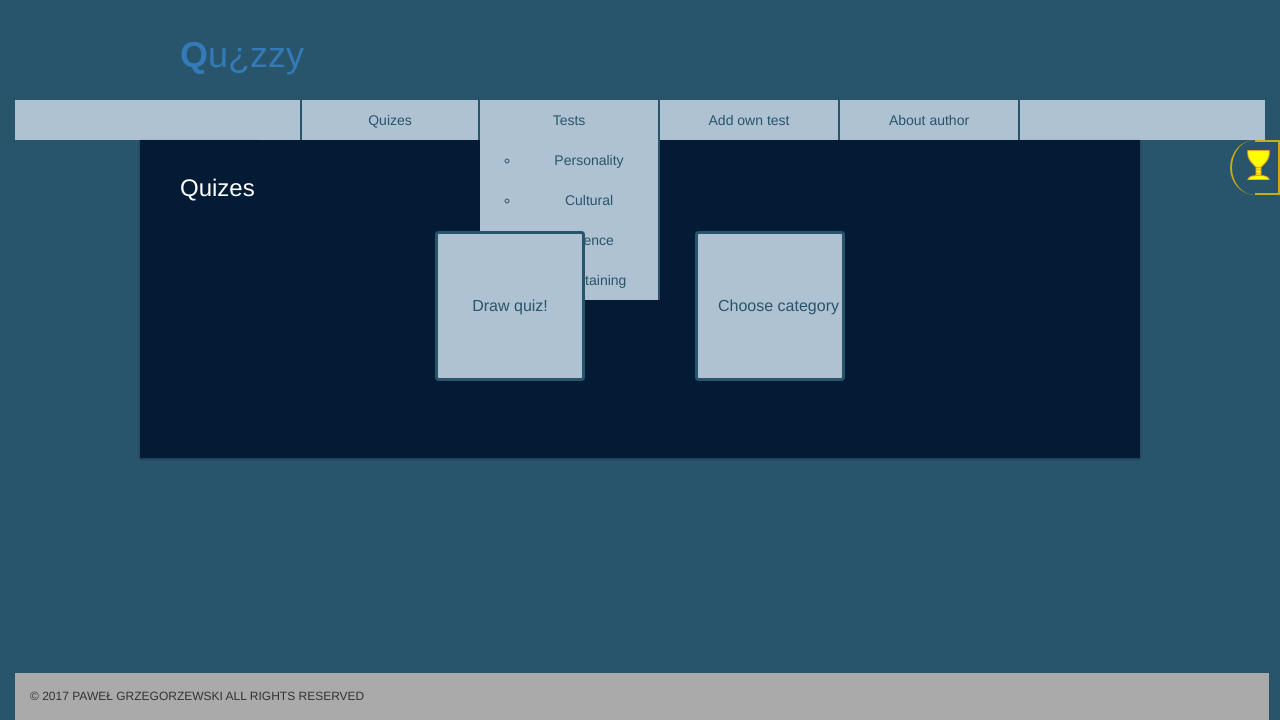
Repository: pgrzegorzewski/quiz
Page: http://localhost/app/quiz.php
These files come from the project's save history. The page is drawn as it stood at one moment and after the next save; the edit follows.
The browser window is 1280 px wide. The pictures show the whole page.
Some web libraries are served in a nearby version. The page is run by PHP 8.4 with error messages shown; the project is at /var/www/html/.

Above is the page before, as saved 2017-04-21 20:50:18.

### htdocs/app/learningapp/app/quiz.php
<!DOCTYPE html>
<html>
<head>
	<meta name="viewport" content="width=device-width, initial-scale=1.0">
	<meta http-equiv="content-type" content="text/html; charset=utf-8">
	<meta charset="utf-8">
	<link rel="stylesheet" href="https://maxcdn.bootstrapcdn.com/bootstrap/3.3.7/css/bootstrap.min.css">
	<script src="https://ajax.googleapis.com/ajax/libs/jquery/3.1.1/jquery.min.js"></script>
	<script src="https://maxcdn.bootstrapcdn.com/bootstrap/3.3.7/js/bootstrap.min.js"></script>
	<link href="https://fonts.googleapis.com/css?family=Lato" rel="stylesheet">
	<link rel="StyleSheet" href="../css/index.css" />
	<link rel="StyleSheet" href="../css/question.css" />
	<link rel="StyleSheet" href="../css/quiz.css" />
	<link rel="StyleSheet" href="../css/side_menu_leaderboard.css" />
	<script type="text/javascript" src="../js/question.js"></script>
	<script type="text/javascript" src="../js/entertaining_test.js"></script>
	<script type="text/javascript" src="../js/side_menu_leaderboard.js"></script>
</head>

<body>

<div class="container-fluid">

	<div class= "sidemenu_2">

	</div>
	<div class= "sidemenu">
		<p style="cursor:pointer"><img src = "../resources/img/trophy.png" height = "50px" onmouseover="openLeaderboard()"/></p> <!-- &#9776; -->
	</div>
	<div id = 'leaderboard' class = 'leaderboard' onmouseleave = "closeLeaderboard()" >
		<a href = "javascript:void(0)" class = "closebtn" onclick = "closeLeaderboard()">&times;</a>
		test 1000pts;
	</div>


	<header class ="header">
		<h1 id="title"><a href ="index.php"><b>Q</b>u¿zzy</a></h1>
	</header>

	<div class="nav">
		<ol>
			<li>
				<a href ='#' id = "visited">Quizes</a>
			</li>
			<li>
				<a href ='#'>Tests</a>
				<ul>
					<li><a href="#">Personality</a></li>
					<li><a href="#">Cultural</a></li>
					<li><a href="#">Science</a></li>
					<li><a href="entertaining_test.php">Entertaining</a></li>
				</ul>
			</li>
			<li>
				<a href ='add_test.php'>Add own test</a>
			</li>
			<li>
				<a href ='#'>About author</a>
			</li>
		</ol>
	</div>

	<section class = "section">
		<div id ="welcome_div">
			<h3>Quizes</h3>

		</div>
		<div class = "row">
			<div class="col-sm-12" id="tiles">
				<?php

				echo "
					<table id = \"tile\">
						<tr>
							<td>
								<button name = '1' id = 'quizButton' class = 'category btn' >Draw quiz!</button>
							</td>
							<td style = \"width:50px\">

							</td>
							<td>
								<button name = '2' id = 'quizButton' class = 'category btn'>Choose category</button>
							</td>
						</tr>
					</table>
				";
				?>
				<br/><br/>

			</div>
		</div>
		<div class ="row">
			<div class="col-sm-12">
				<h4 id="test_title" hidden = "true">Let's begin with the</h4>
			</div>
		</div>
		<div id = "test_questions">

		</div>
		<div class ='row'>
				<div class='col-sm-12' id = 'result_div'>
					<h4 id= 'result_text' hidden = 'true'></h4>
				</div>
		</div>

	</section>
	<div class="footer">
		© 2017 PAWEŁ GRZEGORZEWSKI ALL RIGHTS RESERVED
	</div>
</div>




</body>
</html>

### htdocs/app/learningapp/css/index.css

.container-fluid
{
	min-height: 100%;
	background-color:#28546C;
	width:100%;
}

img{
	padding:10px;
}

#img2{
	padding:3px;
	padding-bottom:12px;
}

html {
    font-family: "Lucida Sans", sans-serif;
    background-color:#28546C;
}

h1, h2, h3 ,h4{
	color: white;
	text-align:ceter;
	margin-left:25px;
}


body
{
	height:100%;
	padding-bottom:60px;
	background-color:#28546C;
	margin:0px !important;

}
.page {
  margin-left:auto;
  margin-right:auto;
  width:100%;
}

.title {
	text-align:center;
}

.buttons_next_prev{
	text-align:center;
}


.header {
	width:80%;
	margin:0 auto;
    background-color: #28546C;
    color: #ffffff;
    padding: 15px;
	text-decoration: none;

}

.menu_header {
	width:80%;
    background-color: #CCCCCC;
    padding: 10px;
    color: white;
    text-align: center;
    font-size: 14px;
    box-shadow: 0 1px 3px rgba(0,0,0,0.12), 0 1px 2px rgba(0,0,0,0.24);
	width:auto;
}


.section{

	width: 80%;
	margin:0 auto;
	background-color: #031B35;
    padding: 15px;
    color: white;
    text-align: justify;
    font-size: 14px;
    box-shadow: 0 1px 3px rgba(0,0,0,0.12), 0 1px 2px rgba(0,0,0,0.24);
}

td
{
	padding-right:12px;
}


.canvas{

	 width: 500px;
	 height: 300px;
	 color: #FFFFFF;
}

.nav{
	width:100%;
	background-color:#AFC2D1;
	text-align: center;
	vertical-align:center;
}

.nav ol
{
	margin:0 auto;
	background-color:#AFC2D1;
	list-style:none;
	line-height: 200%;
	display:inline-block;
	vertical-align:middle;
	height:40px;
}


ol a
{
	color: #28546C;
	text-decoration:none;
	display:block;
	height:40px;
	padding:6px;
	vertical-align: middle;
	text-align: center;
}

ol > li
{
	list-style:none;
	width: 180px;
	color: #28546C;
	background-color:#AFC2D1;
	border-right:2px solid #28546C;
	float:left;
	display: table-cell;

}


ol > li:first-child
{
	border-left:2px solid #28546C;
}


.menu a:link, a:visited {
    color: white;
    background-color: #CCCCCC;
	padding: 3px;
	width: width:1200px;;
    text-decoration: none;
    display: inline-block;
}


.menu a:hover, a:active {
    color: white;
	background-color: #999999;
}

.section a:link, a:visited {
    color: #000000;
    background-color: #CCCCCC;
	padding: 3px;
	width: 50px;
    text-decoration: none;
}


.section a:hover, a:active {
    background-color: #999999;
	color: white;
}

.footer {
    background-color: #AAAAAA;
    font-size: 12px;
    padding: 15px;
    bottom: 0;
    position : fixed;
    width:98%

}

.submenu{
	display:none;
}



@media only screen and (min-width: 768px) and (max-width: 922px) {
    .col-m-1 {width: 8.33%;}
    .col-m-2 {width: 16.66%;}
    .col-m-3 {width: 25%;}
    .col-m-4 {width: 33.33%;}
    .col-m-5 {width: 41.66%;}
    .col-m-6 {width: 50%;}
    .col-m-7 {width: 58.33%;}
    .col-m-8 {width: 66.66%;}
    .col-m-9 {width: 75%;}
    .col-m-10 {width: 83.33%;}
    .col-m-11 {width: 91.66%;}
    .col-m-12 {width: 100%;}
}

@media only screen and (min-width: 922px) and (max-width: 1200px) {
    .col-1 {width: 8.33%;}
    .col-2 {width: 16.66%;}
    .col-3 {width: 25%;}
    .col-4 {width: 33.33%;}
    .col-5 {width: 41.66%;}
    .col-6 {width: 50%;}
    .col-7 {width: 58.33%;}
    .col-8 {width: 66.66%;}
    .col-9 {width: 75%;}
    .col-10 {width: 83.33%;}
    .col-11 {width: 91.66%;}
    .col-12 {width: 100%;}
}

@media only screen and (min-width: 1200px){
    .col-1 {width: 8.33%;}
    .col-2 {width: 16.66%;}
    .col-3 {width: 25%;}
    .col-4 {width: 33.33%;}
    .col-5 {width: 41.66%;}
    .col-6 {width: 50%;}
    .col-7 {width: 58.33%;}
    .col-8 {width: 66.66%;}
    .col-9 {width: 75%;}
    .col-10 {width: 83.33%;}
    .col-11 {width: 91.66%;}
    .col-12 {width: 100%;}
}

### htdocs/app/learningapp/css/question.css
#question
{
	text-align: center;

}


#question button{
	min-width: 50px;
	text-align: center;
}

#question th{
	min-width: 50px;
	text-align: center;
}

td, th > #question{
	min-width: 90px;
	padding:10px;
	text-align: center;
}

### htdocs/app/learningapp/css/quiz.css
#quizButton
{
	padding:20px;
}


#tiles
{
	padding:10px;
	z-index:50;
	position:relative;
}

#tile
{
	text-align:center;
	margin-left:auto;
	margin-right:auto;

}

button .clicked
{
	background-color:#6ac65b;
}

#tile  tr  td
{
	width: 150px;
	height: 150px;
}

#tile  tr  td > button
{
	background-color:#AFC2D1;
	color:#28546C;
	width: 150px;
	height: 150px;
	border: 3px solid #28546C;
	font-size:16px;
	z-index:50;
}

#tile  tr  td >button:hover
{
	background-color:#CAAB15;
	color:white;
	width: 150px;
	height: 150px;
	border: 3px solid #28546C;
}

### htdocs/app/learningapp/css/side_menu_leaderboard.css
.leaderboard
{
	height:40%;
	width:0;
	position: fixed;
	z-index: 250;
	top: 140px;
	right: 0;
	border:0px solid #CAAB15;
	background-color:#AFC2D1;
	overflow-x: hidden;
	transition: 0.5s;
	padding-top: 60px;
	hidden:true;
	text-align:center;
}

.leaderboard .closebtn{
	position: absolute;
	top: 0;
	right:5px;
	font-size: 25px;
	margin-right: 0px;
}

.sidemenu
{
	height:55px;
	width:50px;
	border-radius:100%;
	border-left:2px solid #CAAB15;
	position: fixed;
	z-index: 200;
	top: 140px;
	right: 0;
	font-size:20px;
	text-align:center;
}

.sidemenu_2
{
	height:55px;
	width:25px;
	position: fixed;
	z-index: 150;
	top: 140px;
	right: 0;
	border-bottom:2px solid #CAAB15;
	border-top:2px solid #CAAB15;
	border-right:2px solid #CAAB15;
}

### htdocs/app/learningapp/js/question.js

function checkAnswear(button)
{
	if($(button).attr("id") == '1')
		alert("You won");
	else
		alert("nope");
}

### htdocs/app/learningapp/js/side_menu_leaderboard.js
function openLeaderboard()
{
	document.getElementById("leaderboard").style.width = "250px";
	document.getElementById("leaderboard").style.border = "2px solid #CAAB15";

}

function closeLeaderboard()
{
	document.getElementById("leaderboard").style.width = "0px";
	document.getElementById("leaderboard").style.border = "0px solid #CAAB15";
}

Loaded but not shown: htdocs/app/learningapp/js/entertaining_test.js (no copy from this time; the picture is the same without it)

After the next save:
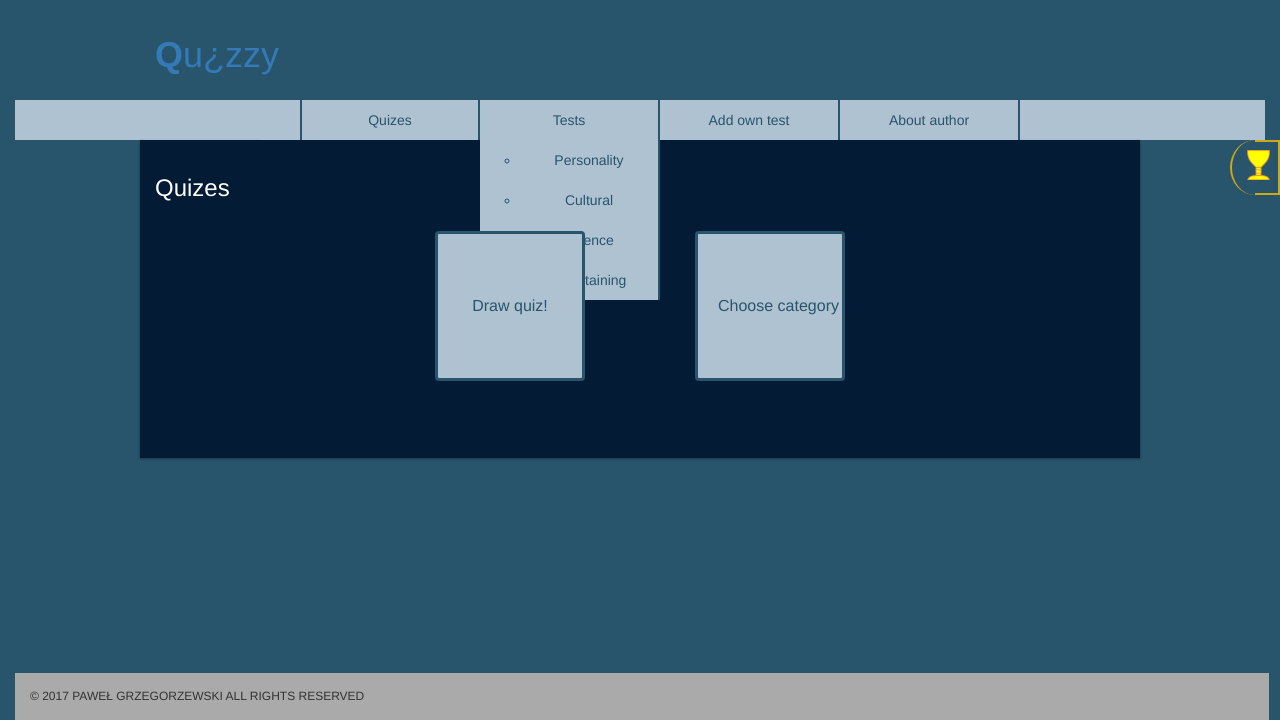
Saved 27 s later.
--- a/htdocs/app/learningapp/css/index.css
+++ b/htdocs/app/learningapp/css/index.css
@@ -23,9 +23,11 @@ html {
 h1, h2, h3 ,h4{
 	color: white;
 	text-align:ceter;
-	margin-left:25px;
-}
-
+}
+
+title{
+	margin-left:30px;
+}
 
 body
 {
